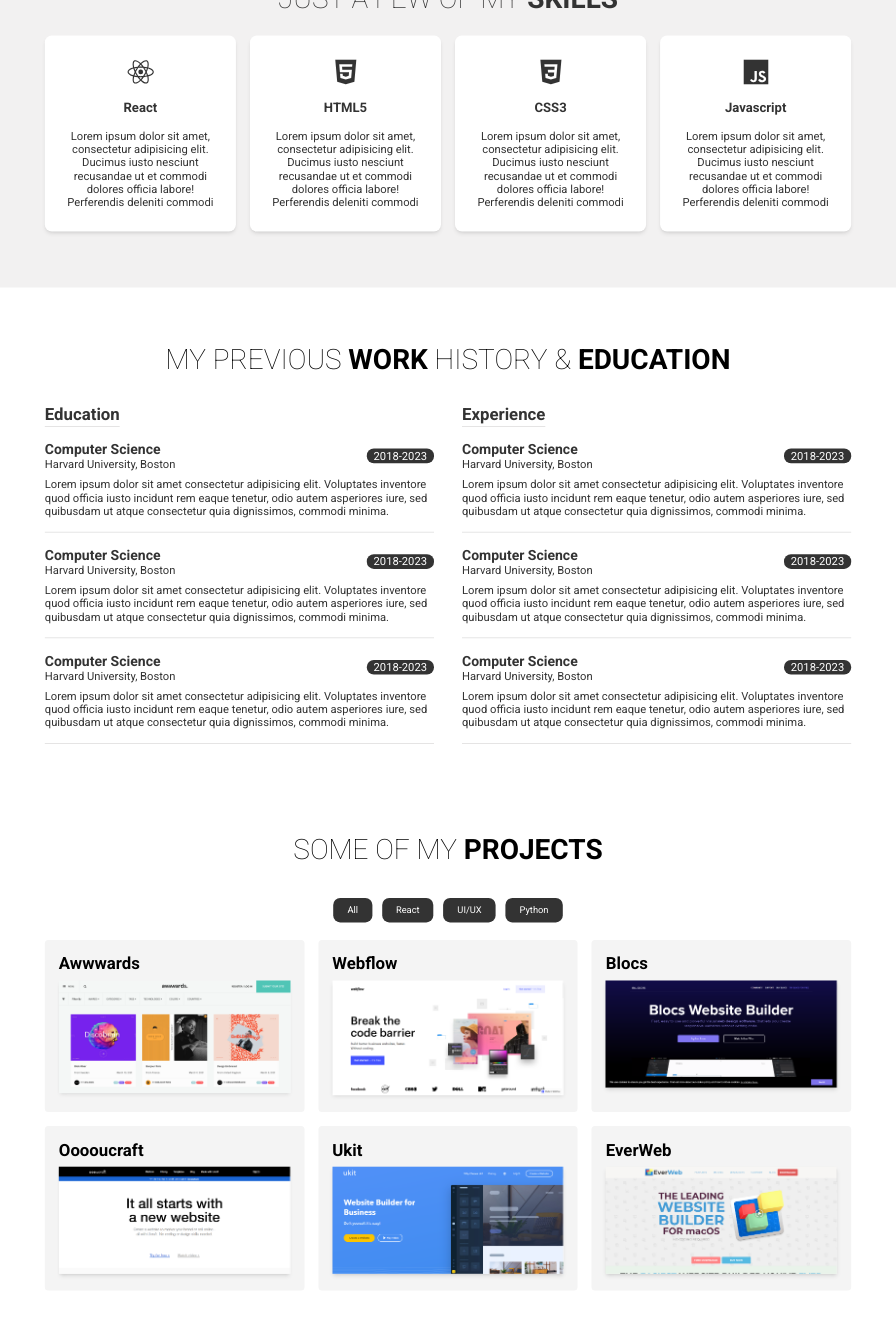
Repository: DevAntonioRogers/portfolio-tutorial
Page: index.html
An editor plug-in stored every save of this project. The page is shown before and after the next save, followed by the edit.
The browser window is 1280 px wide. The pictures show the part of the page from y = 1414 to 3334 px (the page is 3306 px tall before and 3334 px after), at 70% of full size.
Backgrounds fixed to the window are drawn as part of the page.

Above is the page before, as saved 2023-11-01 09:31:22.

### index.html
<!DOCTYPE html>
<html lang="en">
  <head>
    <meta charset="UTF-8" />
    <meta
      name="viewport"
      content="width=device-width, initial-scale=1.0"
    />
    <script src="https://unpkg.com/typed.js@2.0.16/dist/typed.umd.js"></script>
    <script
      type="module"
      src="https://unpkg.com/ionicons@7.1.0/dist/ionicons/ionicons.esm.js"
    ></script>
    <script
      nomodule
      src="https://unpkg.com/ionicons@7.1.0/dist/ionicons/ionicons.js"
    ></script>
    <link rel="stylesheet" href="./styles/main.css" />
    <title>John Doe Portfolio</title>
  </head>
  <body>
    <!-------- NAVBAR --------->
    <header>
      <nav role="navigation" aria-label="Navigation">
        <div class="container navbar">
          <h1>John Doe.</h1>

          <ul class="nav-menu">
            <li><a href="#home">Home</a></li>
            <li><a href="#about">About</a></li>
            <li><a href="#resume">Resume</a></li>
            <li><a href="#projects">Projects</a></li>
            <li><a href="#contact">Contact</a></li>
          </ul>

          <button
            aria-label="Toggle Mobile Menu"
            class="hamburger"
          >
            <span class="bar"></span>
            <span class="bar"></span>
            <span class="bar"></span>
          </button>
        </div>
      </nav>
    </header>

    <main>
      <!--HERO SECTION -->
      <section id="home" class="hero">
        <div class="hero-overlay"></div>
        <div class="container hero-content">
          <div class="hero-text">
            <h2 id="typed-text"></h2>
          </div>

          <div
            class="hero-socials"
            aria-label="Social Media Links"
          >
            <a href="#" aria-label="Twitter Link"
              ><ion-icon name="logo-twitter"></ion-icon
            ></a>
            <a href="#" aria-label="Github Link"
              ><ion-icon name="logo-github"></ion-icon
            ></a>
            <a href="#" aria-label="LinkedIn Link"
              ><ion-icon name="logo-linkedin"></ion-icon
            ></a>
            <a href="#" aria-label="Facebook Link"
              ><ion-icon name="logo-facebook"></ion-icon
            ></a>
          </div>
        </div>
      </section>

      <!--ABOUT SECTION-->
      <section class="about" id="about">
        <div class="container">
          <h1>
            I'm <strong>John Doe</strong> and I'm a
            <strong>full stack engineer</strong>
          </h1>

          <div class="about-info">
            <p>
              Lorem ipsum dolor sit amet consectetur
              adipisicing elit. Distinctio expedita
              temporibus nobis dolores, quidem repellendus
              voluptatibus sit. Natus quibusdam nulla ipsa
              molestiae. Nostrum sed saepe tempore
              reprehenderit libero neque consequatur. Lorem
              ipsum dolor sit, amet consectetur adipisicing
              elit. Ut dolorem reprehenderit ipsam
              laboriosam minus eligendi autem laborum
              blanditiis assumenda, cumque est dolor sed
              architecto, aspernatur animi corrupti, rerum
              eveniet inventore? Lorem ipsum dolor sit, amet
              consectetur adipisicing elit. Laudantium eius
              libero corporis, quo blanditiis vitae autem
              modi! Repudiandae cupiditate hic placeat fuga
              labore, minima, in mollitia architecto
              veritatis error asperiores.
            </p>
          </div>

          <button
            class="about-button"
            aria-label="Download Resume Button"
          >
            Download Resume
            <ion-icon
              name="download-outline"
              aria-hidden="true"
            ></ion-icon>
          </button>
        </div>
      </section>

      <!--SKILLS SECTION-->
      <section class="skills" id="skills">
        <h1>Just a few of my <strong>skills</strong></h1>
        <div class="container skill-grid">
          <div class="skill">
            <ion-icon
              name="logo-react"
              class="skill-icon"
              aria-hidden="true"
            ></ion-icon>
            <h3>React</h3>
            <p>
              Lorem ipsum dolor sit amet, consectetur
              adipisicing elit. Ducimus iusto nesciunt
              recusandae ut et commodi dolores officia
              labore! Perferendis deleniti commodi
            </p>
          </div>
          <div class="skill">
            <ion-icon
              name="logo-html5"
              class="skill-icon"
              aria-hidden="true"
            ></ion-icon>
            <h3>HTML5</h3>
            <p>
              Lorem ipsum dolor sit amet, consectetur
              adipisicing elit. Ducimus iusto nesciunt
              recusandae ut et commodi dolores officia
              labore! Perferendis deleniti commodi
            </p>
          </div>
          <div class="skill">
            <ion-icon
              name="logo-CSS3"
              class="skill-icon"
              aria-hidden="true"
            ></ion-icon>
            <h3>CSS3</h3>
            <p>
              Lorem ipsum dolor sit amet, consectetur
              adipisicing elit. Ducimus iusto nesciunt
              recusandae ut et commodi dolores officia
              labore! Perferendis deleniti commodi
            </p>
          </div>
          <div class="skill">
            <ion-icon
              name="logo-javascript"
              class="skill-icon"
              aria-hidden="true"
            ></ion-icon>
            <h3>Javascript</h3>
            <p>
              Lorem ipsum dolor sit amet, consectetur
              adipisicing elit. Ducimus iusto nesciunt
              recusandae ut et commodi dolores officia
              labore! Perferendis deleniti commodi
            </p>
          </div>
        </div>
      </section>

      <!--RESUME-->
      <section class="resume" id="resume">
        <div class="container">
          <h1>
            My Previous <strong>Work</strong> History &
            <strong>Education</strong>
          </h1>

          <div class="resume-content">
            <div>
              <h2>Education</h2>

              <article>
                <div class="card-header">
                  <div class="card-header-info">
                    <p>Computer Science</p>
                    <p>Harvard University, Boston</p>
                  </div>
                  <span>2018-2023</span>
                </div>
                <p class="card-info">
                  Lorem ipsum dolor sit amet consectetur
                  adipisicing elit. Voluptates inventore
                  quod officia iusto incidunt rem eaque
                  tenetur, odio autem asperiores iure, sed
                  quibusdam ut atque consectetur quia
                  dignissimos, commodi minima.
                </p>
              </article>
              <article>
                <div class="card-header">
                  <div class="card-header-info">
                    <p>Computer Science</p>
                    <p>Harvard University, Boston</p>
                  </div>
                  <span>2018-2023</span>
                </div>
                <p class="card-info">
                  Lorem ipsum dolor sit amet consectetur
                  adipisicing elit. Voluptates inventore
                  quod officia iusto incidunt rem eaque
                  tenetur, odio autem asperiores iure, sed
                  quibusdam ut atque consectetur quia
                  dignissimos, commodi minima.
                </p>
              </article>
              <article>
                <div class="card-header">
                  <div class="card-header-info">
                    <p>Computer Science</p>
                    <p>Harvard University, Boston</p>
                  </div>
                  <span>2018-2023</span>
                </div>
                <p class="card-info">
                  Lorem ipsum dolor sit amet consectetur
                  adipisicing elit. Voluptates inventore
                  quod officia iusto incidunt rem eaque
                  tenetur, odio autem asperiores iure, sed
                  quibusdam ut atque consectetur quia
                  dignissimos, commodi minima.
                </p>
              </article>
            </div>

            <div>
              <h2>Experience</h2>

              <article>
                <div class="card-header">
                  <div class="card-header-info">
                    <p>Computer Science</p>
                    <p>Harvard University, Boston</p>
                  </div>
                  <span>2018-2023</span>
                </div>
                <p class="card-info">
                  Lorem ipsum dolor sit amet consectetur
                  adipisicing elit. Voluptates inventore
                  quod officia iusto incidunt rem eaque
                  tenetur, odio autem asperiores iure, sed
                  quibusdam ut atque consectetur quia
                  dignissimos, commodi minima.
                </p>
              </article>
              <article>
                <div class="card-header">
                  <div class="card-header-info">
                    <p>Computer Science</p>
                    <p>Harvard University, Boston</p>
                  </div>
                  <span>2018-2023</span>
                </div>
                <p class="card-info">
                  Lorem ipsum dolor sit amet consectetur
                  adipisicing elit. Voluptates inventore
                  quod officia iusto incidunt rem eaque
                  tenetur, odio autem asperiores iure, sed
                  quibusdam ut atque consectetur quia
                  dignissimos, commodi minima.
                </p>
              </article>
              <article>
                <div class="card-header">
                  <div class="card-header-info">
                    <p>Computer Science</p>
                    <p>Harvard University, Boston</p>
                  </div>
                  <span>2018-2023</span>
                </div>
                <p class="card-info">
                  Lorem ipsum dolor sit amet consectetur
                  adipisicing elit. Voluptates inventore
                  quod officia iusto incidunt rem eaque
                  tenetur, odio autem asperiores iure, sed
                  quibusdam ut atque consectetur quia
                  dignissimos, commodi minima.
                </p>
              </article>
            </div>
          </div>
        </div>
      </section>

      <!--PROJECTS SECTION -->
      <section class="projects" id="projects">
        <div class="container">
          <h1>Some of my <strong>Projects</strong></h1>

          <div class="filter">
            <button
              data-filter="all"
              aria-label="Show all projects"
            >
              All
            </button>
            <button
              data-filter="react"
              aria-label="Show react projects"
            >
              React
            </button>
            <button
              data-filter="uiux"
              aria-label="Show UI/UX projects"
            >
              UI/UX
            </button>
            <button
              data-filter="python"
              aria-label="Show Python projects"
            >
              Python
            </button>
          </div>
          <div class="project-grid">
            <div class="project-card" data-category="react">
              <h2>Awwwards</h2>
              <img
                src="./assets/project-1.png"
                alt="react project"
              />
            </div>
            <div
              class="project-card"
              data-category="python"
            >
              <h2>Webflow</h2>
              <img
                src="./assets/project-2.png"
                alt="python project"
              />
            </div>
            <div
              class="project-card"
              data-category="python"
            >
              <h2>Blocs</h2>
              <img
                src="./assets/project-3.png"
                alt="python project"
              />
            </div>
            <div class="project-card" data-category="uiux">
              <h2>Ooooucraft</h2>
              <img
                src="./assets/project-4.png"
                alt="uiux project"
              />
            </div>
            <div class="project-card" data-category="uiux">
              <h2>Ukit</h2>
              <img
                src="./assets/project-5.png"
                alt="uiux project"
              />
            </div>
            <div class="project-card" data-category="react">
              <h2>EverWeb</h2>
              <img
                src="./assets/project-6.png"
                alt="react project"
              />
            </div>
          </div>
        </div>
      </section>
    </main>

    <script src="./app.js"></script>
  </body>
</html>

### styles/main.css
@import url("https://fonts.googleapis.com/css2?family=Roboto:wght@100;400;500;700&display=swap");
@import url(./navbar.css);
@import url(./hero.css);
@import url(./about.css);
@import url(./skills.css);
@import url(./resume.css);
@import url(./projects.css);
@import url(./contact.css);

* {
  box-sizing: border-box;
  padding: 0;
  margin: 0;
  font-family: "Roboto", sans-serif;
}

html {
  scroll-behavior: smooth;
}

li {
  list-style: none;
}

a {
  text-decoration: none;
  color: inherit;
}

button {
  outline: none;
  border: none;
  background: inherit;
  cursor: pointer;
}

.container {
  width: 90%;
  margin: 0 auto;
  max-width: 1400px;
  height: 100%;
}

article {
  padding: 20px 0;
  display: flex;
  flex-direction: column;
  gap: 10px;
  border-bottom: solid 1px #dad9d9;
}

### styles/navbar.css
nav {
  background-color: transparent;
  position: fixed;
  width: 100%;
  z-index: 999;
  top: 0;
  left: 0;
  padding: 1rem 0;
  transition: all 0.3s ease-in-out;
}

.navbar {
  display: flex;
  justify-content: space-between;
  align-items: center;
}

.navbar h1 {
  color: white;
  font-size: 28px;
}

.nav-menu {
  display: flex;
  gap: 3rem;
  align-items: center;
}

.nav-menu li {
  font-size: 14px;
  color: white;
}

.bar {
  background-color: white;
  display: block;
  width: 23px;
  height: 2px;
  margin: 5px auto;
  transition: all 0.3s ease-in-out;
}

.hamburger {
  display: none;
  z-index: 999;
}

.sticky-nav {
  background-color: black;
}

@media only screen and (max-width: 768px) {
  .hamburger {
    display: block;
  }

  .nav-menu {
    position: fixed;
    top: 0;
    right: 0;
    width: 100%;
    height: 100%;
    flex-direction: column;
    align-items: center;
    background-color: black;
    padding: 20px 0;
    z-index: 10;
    transition: 0.3s ease-in-out;
    gap: 5rem;
    padding-top: 6rem;
    left: -100%;
  }

  .nav-menu.active {
    left: 0;
  }

  .hamburger.active .bar:nth-child(2) {
    opacity: 0;
  }

  .hamburger.active .bar:nth-child(1) {
    transform: translateY(8px) rotate(45deg);
  }

  .hamburger.active .bar:nth-child(3) {
    transform: translatey(-6px) rotate(-45deg);
  }
}

### styles/hero.css
.hero {
  position: relative;
  height: 100vh;
  background: url(/assets/hero.jpg);
  background-size: cover;
  z-index: 1;
  background-attachment: fixed;
}

.hero-overlay {
  position: absolute;
  width: 100%;
  height: 100%;
  background-color: #0000005e;
  top: 0;
  left: 0;
  z-index: 1;
}

.hero-content {
  display: flex;
  gap: 2rem;
  flex-direction: column;
  align-items: center;
  justify-content: center;
  position: relative;
  z-index: 2;
  color: white;
}

.hero-socials {
  display: flex;
  align-items: center;
  gap: 20px;
}

.hero-socials ion-icon {
  background-color: white;
  color: black;
  padding: 8px;
  border-radius: 100%;
  font-size: 18px;
}

.hero-text {
  display: flex;
}

.hero-content h2 {
  font-size: 60px;
}

.typed-cursor {
  font-size: 60px;
  opacity: 1;
}

@media only screen and (max-width: 650px) {
  .hero-content h2 {
    font-size: 30px;
  }

  .typed-cursor {
    font-size: 30px;
    opacity: 1;
  }
}

### styles/about.css
.about {
  padding: 5rem 0;
  text-align: center;
}

.about-info {
  display: flex;
  gap: 20px;
  margin: 40px 0;
}

.about h1 {
  font-weight: 100;
  font-size: 40px;
  text-transform: uppercase;
}

.about p {
  font-size: 18px;
  color: rgb(97, 95, 95);
  line-height: 2;
  max-width: 80%;
  margin: 0 auto;
}

.about-button {
  padding: 1rem 2rem;
  background: #222;
  color: white;
  border-radius: 10px;
  font-size: 14px;
}

.about-button:hover {
  background-color: black;
  transition: 0.3s ease-in-out;
}

### styles/skills.css
.skills {
  background-color: rgb(242, 241, 241);
  padding: 5rem 0;
  color: #333;
  text-align: center;
}

.skills h1 {
  font-weight: 100;
  font-size: 40px;
  text-transform: uppercase;
  margin-bottom: 30px;
}

.skill-grid {
  display: grid;
  grid-template-columns: repeat(4, minmax(0, 1fr));
  gap: 20px;
}

.skill {
  display: flex;
  flex-direction: column;
  justify-content: center;
  align-items: center;
  text-align: center;
  padding: 2rem;
  gap: 20px;
  border-radius: 10px;
  background-color: white;
  box-shadow: 0 4px 6px -1px rgb(0 0 0 / 0.1),
    0 2px 4px -2px rgb(0 0 0 / 0.1);
}

.skill-icon {
  font-size: 40px;
}

@media only screen and (max-width: 992px) {
  .skill-grid {
    grid-template-columns: repeat(2, minmax(0, 1fr));
  }
}

@media only screen and (max-width: 768px) {
  .skill-grid {
    grid-template-columns: repeat(1, minmax(0, 1fr));
  }
}

/* @media only screen and (max-width: 480px) {
  .skills h1 {
    font-size: 30px;
  }
} */

### styles/resume.css
.resume {
  padding: 5rem 0;
}

.resume h1 {
  font-weight: 100;
  font-size: 40px;
  text-transform: uppercase;
  margin-bottom: 40px;
  text-align: center;
}

.resume h2 {
  border-bottom: 1px solid #dad9d9;
  padding-bottom: 3px;
  display: inline-block;
}

.resume-content {
  display: grid;
  gap: 40px;
  grid-template-columns: repeat(2, minmax(0, 1fr));
  color: #333;
}

.card-header-info p:nth-child(1) {
  font-weight: 800;
  font-size: 20px;
}

.card-header {
  display: flex;
  justify-content: space-between;
  align-items: center;
}

.card-header span {
  background-color: #333;
  color: white;
  padding: 1px 10px;
  border-radius: 10px;
}

### styles/projects.css
.projects {
  padding: 3rem 0;
}

.projects h1 {
  font-weight: 100;
  font-size: 40px;
  text-transform: uppercase;
  margin-bottom: 40px;
  text-align: center;
}

.filter {
  text-align: center;
  margin-bottom: 20px;
}

.filter button {
  background-color: #333;
  color: white;
  border-radius: 10px;
  padding: 10px 20px;
  margin: 5px;
}

.project-grid {
  display: grid;
  grid-template-columns: repeat(3, 1fr);
  gap: 20px;
}

.project-card {
  background-color: #f4f4f4;
  padding: 20px;
  border-radius: 5px;
  cursor: pointer;
  transition: opacity 0.3s ease-in-out;
}

.project-card:hover {
  opacity: 0.8;
}

.project-card img {
  width: 100%;
  margin-top: 10px;
  box-shadow: 0 4px 6px -1px rgb(0 0 0 / 0.1),
    0 2px 4px -2px rgb(0 0 0 / 0.1);
}

@media only screen and (max-width: 768px) {
  .project-grid {
    grid-template-columns: repeat(1, minmax(0, 1fr));
  }
}

### app.js
//NAVBAR
const hamburger = document.querySelector('.hamburger')
const navMenu = document.querySelector('.nav-menu')
const body = document.querySelector('body')
const navLinks = navMenu.querySelectorAll('li');
const nav = document.querySelector('nav')

hamburger.addEventListener('click', () => {
  hamburger.classList.toggle('active')
  navMenu.classList.toggle('active')
  body.classList.toggle("no-scroll")
})

function closeMenu() {
  hamburger.classList.remove('active')
  navMenu.classList.remove('active')
  body.classList.remove("no-scroll")
}

navLinks.forEach((link) => {
  link.addEventListener('click', closeMenu)
})

function handleScroll() {
  if (window.scrollY > 300) {
    nav.classList.add('sticky-nav')
  } else {
    nav.classList.remove('sticky-nav')
  }
}
window.addEventListener('scroll', handleScroll)


//TYPING DELETING TEXT
function initTypedText() {
  const options = {
    strings: [
      "Hello, I'm John Doe",
      "A Software Engineer",
      "From New York",
    ],
    typeSpeed: 50,
    backSpeed: 30,
    backDelay: 1000,
    startDelay: 500,
    loop: true,
  }
  const typed = new Typed("#typed-text", options)
}

initTypedText()

//FILTER OPTIONS
document.addEventListener('DOMContentLoaded', function () {
  const filterButtons = document.querySelectorAll('.filter button')
  const projectCards = document.querySelectorAll(".project-card")

  filterButtons.forEach(button => {
    button.addEventListener('click', () => {
      const filterValue = button.getAttribute('data-filter');
      filterProjects(filterValue);
    });
  });

  function filterProjects(category) {
    projectCards.forEach(card => {
      const projectCategory = card.getAttribute('data-category')
      if (category === 'all' || projectCategory === category) {
        card.style.display = 'block'
      } else {
        card.style.display = "none"
      }
    })
  }
})

Loaded but not shown: styles/contact.css (no stored copy; drawn as an empty file)

After the next save:
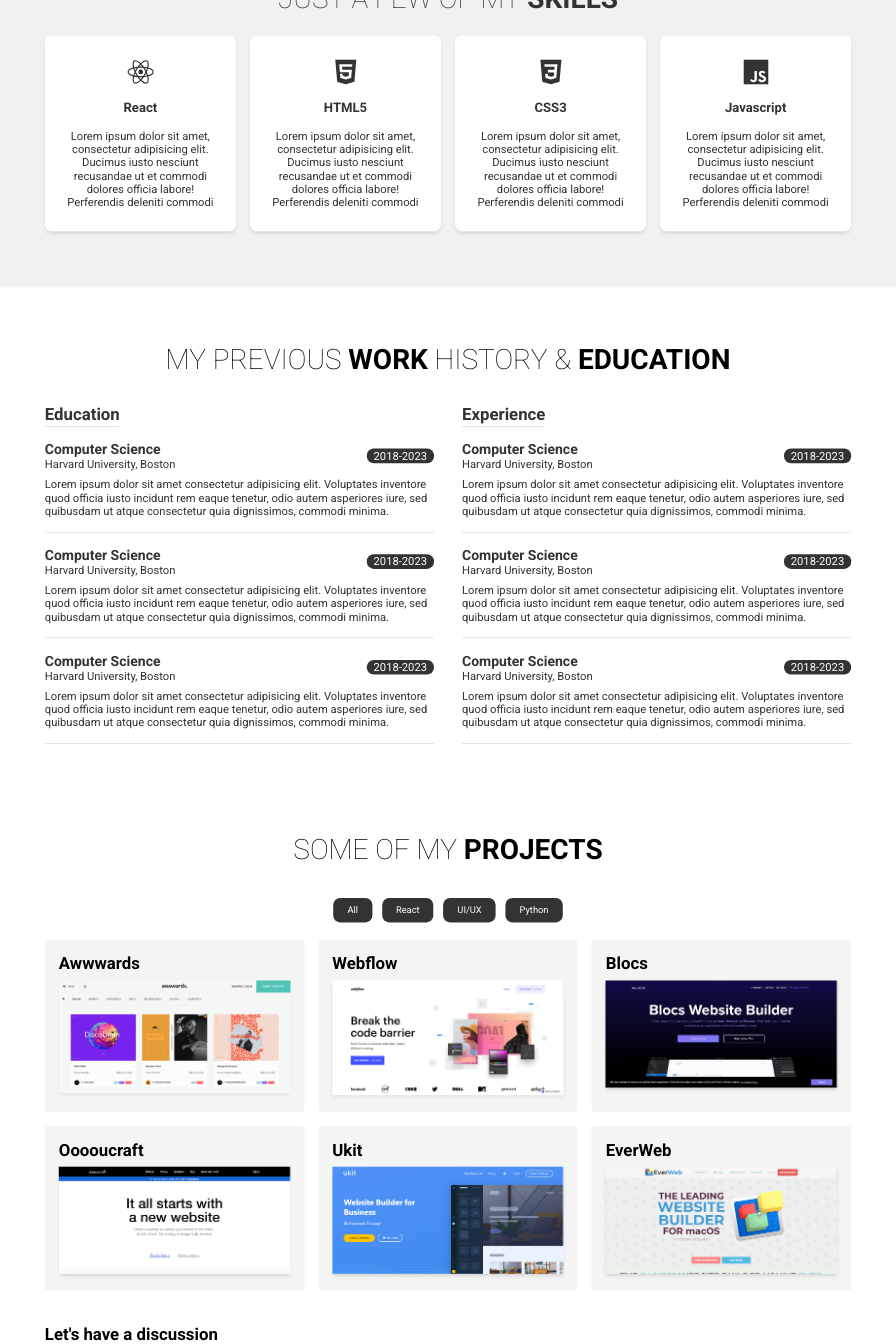
Saved 85 s later.
--- a/index.html
+++ b/index.html
@@ -387,6 +387,14 @@
           </div>
         </div>
       </section>
+
+      <!--CONTACT SECTION-->
+
+      <section class="contact" id="contact">
+        <div class="container">
+          <h1>Let's have a <strong>discussion</strong></h1>
+        </div>
+      </section>
     </main>
 
     <script src="./app.js"></script>
